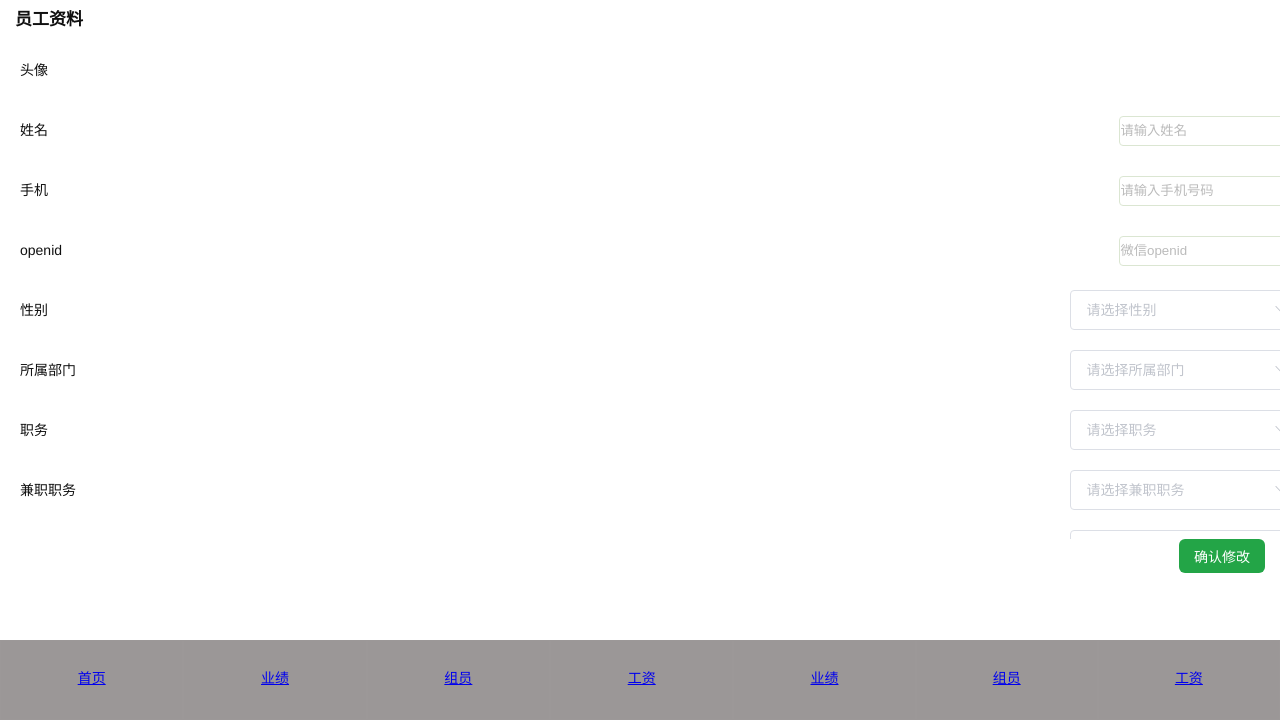
Repository: panlin520-team/lnmj-staffH5
Page: /#/homepage
The author's editor kept a copy of each file at every save. The page is drawn from the files as they stood at one save, then again after a run of saves.
The browser window is 1280 px wide. The pictures show the whole page.
An inner scrolling area shows only its first screen. The project was rebuilt for these pictures with package versions that can differ from the ones it lists, and the page was loaded fresh each time. Also part of the build but not shown: src/views/Lojin.vue.

Above is the page before, as saved 2020-04-08 15:52:47.

### src/main.js
import Vue from 'vue'
import App from './App.vue'
import router from './router'
import store from './store'
import ElementUI from 'element-ui'
import '@/assets/scss/reset.less'
import 'element-ui/lib/theme-chalk/index.css';
Vue.use(ElementUI)


Vue.config.productionTip = false

new Vue({
  router,
  store,
  render: h => h(App)
}).$mount('#app')

### src/App.vue
<template>
  <div id="app">
    <router-view />
  </div>
</template>
<script>
export default {
  data() {
    return {
    };
  },
  created() {},
  methods: {
  }
};
</script>
<style lang="less">
</style>

### src/router/index.js
import Vue from 'vue'
import VueRouter from 'vue-router'
import Lojin from '../views/Lojin.vue'

Vue.use(VueRouter)

const routes = [
  //首页登录
  {
    path: '/',
    name: 'Lojin',
    component: Lojin
  },
  //首页登录
  {
    path: '/Lojin',
    name: 'Lojin',
    component: Lojin
  },
  //用户注册
  {
    path: '/register',
    name: 'Register',
    component: () => import('../views/Register.vue')
  },
  //用户忘记密码
  {
    path: '/forgetpassword',
    name: 'Forgetpassword',
    component: () => import('../views/Forgetpassword.vue')
  },
  //登录首页
  {
    path: '/homepage',
    name: 'Homepage',
    component: () => import('../views/Homepage.vue')
  },
  //业绩
  {
    path: '/performance',
    name: 'Performance',
    component: () => import('../views/Performance.vue')
  },
  //组员
  {
    path: '/crew',
    name: 'Crew',
    component: () => import('../views/Crew.vue')
  },
  //工资
  {
    path: '/salary',
    name: 'Salary',
    component: () => import('../views/Salary.vue')
  },
]

const router = new VueRouter({
  routes
})

export default router

### src/assets/scss/reset.less
* {
  margin: 0;
  padding: 0;
}

div {
  box-sizing: border-box;
  -webkit-tap-highlight-color: rgba(0, 0, 0, 0);
  // -webkit-user-select: none;
}

img {
  border: 0;
}

ul,
ol {
  list-style: none;
}

textarea {
  // 禁止调节文本域尺寸
  resize: none;
  outline-style: none;
  -webkit-appearance: none;
}

input,
button {
  outline-style: none;
  box-sizing: border-box;
  border: none;
}

// 输入框提示文本颜色设置
input::-moz-focus-inner {
  border: 0;
}

input::-webkit-input-placeholder {
  /* WebKit browsers */
  color: #BBB;
}

input::-moz-placeholder {
  /* Mozilla Firefox 19+ */
  color: #BBB;
}

input:-ms-input-placeholder {
  /* Internet Explorer 10+ */
  color: #BBB;
}

html,
body {
  width: 100%;
  height: 100%;
}

body {
  background-color: #ffffff;
  font-family: "Helvetica Neue", Helvetica, "PingFang SC", "Hiragino Sans GB", "Microsoft YaHei", "微软雅黑", Arial, sans-serif;
  font-size: 14px;
  color: #101010;
}

#app {
  position: relative;
  width: 100%;
  height: 100%;
}

// 滚动条尺寸
div::-webkit-scrollbar {
  width: 10px;
  height: 10px;
}

// 滚动条内部方块
// div::-webkit-scrollbar-thumb {
//   border-radius: 10px;
//   box-shadow: inset 0 0 5px rgba(0, 0, 0, 0.2);
//   background: #52BD3A;
// }

// 滚动条轨道
// div::-webkit-scrollbar-track {
//   box-shadow: inset 0 0 5px rgba(0, 0, 0, 0.2);
//   border-radius: 10px;
//   background: rgba(0, 0, 0, 0.1);
// }

.topBand {
  width: 100%;
  height: 80px;
  background: #23A547;
  display: flex;
  position: fixed;
  top: 0;
  left: 0;
  z-index: 100;
}

.container {
  display: flex;
  background: #ffffff;
  padding-top: 80px;
  z-index: 99;
  height: 100%;

  .aside {
    width: 200px;
    min-width: 200px;
    overflow: hidden;
    white-space: nowrap;
    text-overflow: ellipsis;
    position: fixed;
    top: 80px;
    bottom: 0;
    left: 0;
  }

  .main {
    flex: 1;

    &.active {
      padding-left: 200px;
    }
  }
}

.footer {
  height: 80px;
  background: #23A547;
}

.scrollX {
  overflow-x: auto;
  overflow-y: hidden;
}

.scrollY {
  overflow-x: hidden;
  overflow-y: auto;
  width: 100%;
}

.popPage {
  position: fixed;
  top: 0;
  left: 0;
  width: 100%;
  height: 100%;
  padding: 20px;
  z-index: 100;
  background-color: #ffffff;
}

.nowrap {
  overflow: hidden;
  white-space: nowrap;
  text-overflow: ellipsis;
}

.btn-pointer {
  cursor: pointer;
}

### src/views/Homepage.vue
 <!--登录首页-->
<template>
  <div class="homepage">
    <!-- 中间 -->
    <div class="content">
      <div class="top" slot="top">
        <div class="title">员工资料</div>
      </div>
      <div class="main" slot="main">
        <div class="items scrollY">
          <!-- 头像上传 -->
          <div class="item">
            <label class="label-left" style="line-height: 50px;">头像</label>
            <div class="value"></div>
          </div>
          <div class="item">
            <label class="label-left">姓名</label>
            <div class="value">
              <input
                type="text"
                placeholder="请输入姓名"
                v-model="employeesDetails.name"
                class="input-value"
              />
            </div>
          </div>
          <div class="item">
            <label class="label-left">手机</label>
            <div class="value">
              <input
                type="text"
                placeholder="请输入手机号码"
                v-model="employeesDetails.mobile"
                class="input-value"
              />
            </div>
          </div>
          <div class="item">
            <label class="label-left">openid</label>
            <div class="value">
              <input
                type="text"
                placeholder="微信openid"
                v-model="employeesDetails.openid"
                class="input-value"
              />
            </div>
          </div>
          <div class="item">
            <label class="label-left">性别</label>
            <div class="value">
              <el-select v-model="employeesDetails.gender" placeholder="请选择性别">
                <el-option
                  v-for="item in genders"
                  :key="item.value"
                  :label="item.name"
                  :value="item.value"
                ></el-option>
              </el-select>
            </div>
          </div>
          <!-- <div class="item">
                <label class="label-left">所属分组</label>
                <div class="value">
                  <el-select v-model="employeesDetails.groupId" placeholder="请选择分组">
                    <el-option
                      v-for="item in groups"
                      :key="item.groupId"
                      :label="item.name"
                      :value="item.groupId"
                    ></el-option>
                  </el-select>
                </div>
          </div>-->
          <div class="item">
            <label class="label-left">所属部门</label>
            <div class="value">
              <el-select v-model="part_department" @change="changedepartment" placeholder="请选择所属部门">
                <el-option
                  v-for="item in part_partment"
                  :key="item.id"
                  :label="item.name"
                  :value="item.id"
                ></el-option>
              </el-select>
            </div>
          </div>
          <div class="item">
            <label class="label-left">职务</label>
            <div class="value">
              <el-select v-model="employeepostName" @change="changedeptails" placeholder="请选择职务">
                <el-option
                  v-for="item in postNames"
                  :key="item.postId"
                  :label="item.name"
                  :value="item.postId"
                ></el-option>
              </el-select>
            </div>
          </div>
          <div class="item">
            <label class="label-left">兼职职务</label>
            <div class="value">
              <el-select v-model="part_timeJobe" @change="changejobe" placeholder="请选择兼职职务">
                <el-option
                  v-for="item in part_timeNames"
                  :key="item.postId"
                  :label="item.name"
                  :value="item.postId"
                ></el-option>
              </el-select>
            </div>
          </div>

          <div class="item">
            <label class="label-left">是否兼职</label>
            <div class="value">
              <el-select v-model="part_trueJobe" @change="changetrueJobe" placeholder="请确认是否兼职">
                <el-option
                  v-for="item in part_trueNames"
                  :key="item.postId"
                  :label="item.name"
                  :value="item.postId"
                ></el-option>
              </el-select>
            </div>
          </div>
          <div class="item">
            <label class="label-left">计算底薪</label>
            <div class="value">
              <el-select v-model="isBasicSalarer" @change="changeSalary" placeholder="是否计算底薪">
                <el-option
                  v-for="item in isBasicSalary"
                  :key="item.value"
                  :label="item.label"
                  :value="item.value"
                ></el-option>
              </el-select>
            </div>
          </div>
          <!-- <div class="item">
            <label class="label-left">级别</label>
            <div class="value">
              <el-select v-model="employeesDetails.postLevel" placeholder="请选择级别">
                <el-option
                  v-for="item in levels"
                  :key="item.postLevelId"
                  :label="item.postLevelName"
                  :value="item.postLevelId"
                ></el-option>
              </el-select>
            </div>
          </div>-->
          <div class="item">
            <label class="label-left">入职时间</label>
            <div class="value">
              <el-date-picker
                v-model="employeesDetails.entryTime"
                :editable="false"
                :clearable="false"
                align="center"
                type="date"
                format="yyyy-MM-dd"
                value-format="yyyy-MM-dd"
                placeholder="选择入职时间"
                class="setEmpDatePicker"
              ></el-date-picker>
            </div>
          </div>
          <div class="item">
            <label class="label-left">目前状态</label>
            <div class="value">
              <el-select v-model="workingState" @change="changezhtai" placeholder="请选择员工目前状态">
                <el-option
                  v-for="item in workingStates"
                  :key="item.state"
                  :label="item.name"
                  :value="item.state"
                ></el-option>
              </el-select>
            </div>
          </div>
        </div>
      </div>
      <div class="bottom" slot="bottom">
        <div class="btn-save btn-pointer" @click="newEmployees">确认修改</div>
      </div>
    </div>
    <!-- 底部导航 -->
    <div class="switchoverBtn">
      <Btnnavigation></Btnnavigation>
    </div>
  </div>
</template>


<script>
//引入模块
import Btnnavigation from "@/components/Btnnavigation.vue";

export default {
  name: "homepage",
  components: { Btnnavigation },
  data() {
    return {
      //员工信息
      employeesDetails: {
        name: "",
        mobile: "",
        openid: "",
        gender: "",
        entryTime: ""
      },
      //部门
      part_department: "",
      part_partment: [],
      //职务
      employeepostName: "",
      postNames: [],
      //兼职职务
      part_timeJobe: "",
      part_timeNames: [],
      //是否兼职
      part_trueJobe: "",
      part_trueNames: [
        {
          postId: 1,
          name: "是"
        },
        {
          postId: 0,
          name: "否"
        }
      ],
      //是否计算底薪
      isBasicSalarer: "",
      isBasicSalary: [
        {
          value: 0,
          label: "否"
        },
        {
          value: 1,
          label: "是"
        }
      ],
      //目前状态
      workingState: "",
      workingStates: [
        {
          state: 1,
          name: "在职"
        },
        {
          state: 0,
          name: "离职"
        }
      ],
      //性别
      genders: [
        {
          value: 0,
          name: "女"
        },
        {
          value: 1,
          name: "男"
        }
      ]
    };
  },
  created() {},
  methods: {
    //返回登录页面
    returnLojin() {
      const _this = this;
      _this.$router.replace("/Lojin");
    },
    //修改
    newEmployees() {},
    //修改部门
    changedepartment() {},
    //修改职务
    changedeptails() {},
    //修改兼职职务
    changejobe() {},
    //是否兼职
    changetrueJobe() {},
    //是否计算底薪
    changeSalary() {},
    //目前状态
    changezhtai() {}
  }
};
</script>

<style lang="less" scoped>
.homepage {
  width: 100%;
  height: 100%;
  position: relative;
  .content {
    .top {
      padding: 5px 15px;
    }
    .title {
      font-size: 17px;
      font-weight: 700;
    }
    .main {
      max-height: 504px;
      overflow: auto;
      .items {
        width: 103%;
        padding: 0 20px;
        .item {
          display: flex;
          justify-content: space-between;
          padding-top: 10px;
          line-height: 50px;
          .input-value {
            border: 1px solid rgb(219, 230, 210);
            height: 30px;
            border-radius: 4px;
          }
        }
      }
    }

    .bottom {
      text-align: right;
      .btn-save {
        padding: 7px 15px;
        font-size: 14px;
        margin-right: 15px;
        border-radius: 6px;
        color: #ffffff;
        background-color: #23a547;
        text-align: center;
        display: inline-block;
      }
      .iconfont {
        font-size: 25px;
      }
      .btn-del {
        padding: 7px 15px;
        font-size: 14px;
        margin-right: 15px;
        border-radius: 6px;
        color: #ffffff;
        background: #e6a23c;
        text-align: center;
        display: inline-block;
      }
    }
  }
  .switchoverBtn {
    position: absolute;
    bottom: 0;
    width: 100%;
    height: 80px;
    z-index: 999;
  }
}
</style>

### src/components/Btnnavigation.vue
 <!--底部导航-->
<template>
  <div class="btnnavigation">
    <!-- <div class="somenavigation">
      <div class="navitnew">
      <router-link to="/homepage">首页</router-link>
      </div>
    </div>-->
    <router-link class="somenavigation" to="/homepage">
      <div class="navitnew">首页</div>
    </router-link>
    <router-link class="somenavigation" to="/Performance">
      <div class="navitnew">业绩</div>
    </router-link>
    <router-link class="somenavigation" to="/crew">
      <div class="navitnew">组员</div>
    </router-link>
    <router-link class="somenavigation" to="/salary">
      <div class="navitnew">工资</div>
    </router-link>

    <div class="somenavigation">
      <div class="navitnew">
        <router-link to="/Performance">业绩</router-link>
      </div>
    </div>
    <div class="somenavigation">
      <div class="navitnew">
        <router-link to="/crew">组员</router-link>
      </div>
    </div>
    <div class="somenavigation">
      <div class="navitnew">
        <router-link to="/salary">工资</router-link>
      </div>
    </div>
  </div>
</template>

<script>
export default {
  name: "btnnavigation",
  components: {},
  data() {
    return {};
  },
  created() {},
  methods: {}
};
</script>

<style lang="less" scoped>
.btnnavigation {
  width: 100%;
  height: 100%;
  display: flex;
  background-color: rgb(155, 151, 151);
  .somenavigation {
    width: 25%;
    border: 1px solid rgb(156, 152, 152);
    .navitnew {
      text-align: center;
      line-height: 75px;
    }
  }
}
</style>

Loaded but not shown: public/index.html (common file); src/store/index.js (common file)

After the next 2 saves:
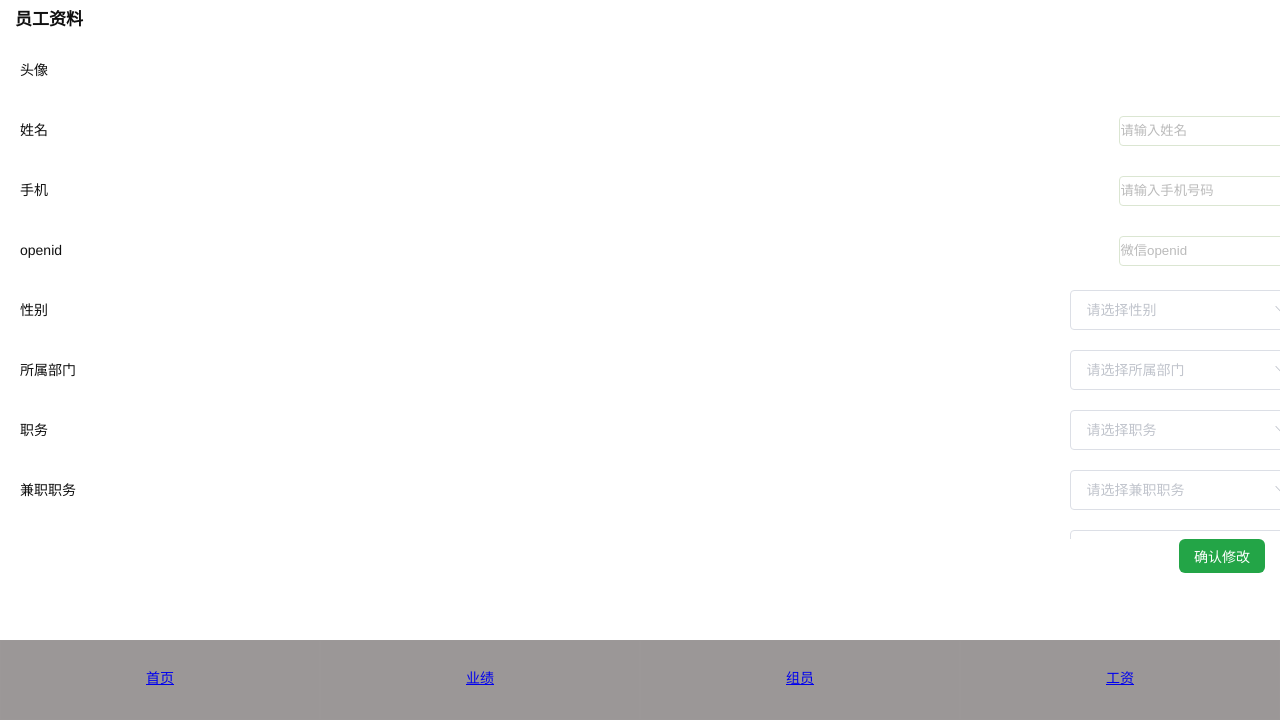
The 2 saves are shown as one change because they came seconds apart.
The last was saved 7 s later.
--- a/src/components/Btnnavigation.vue
+++ b/src/components/Btnnavigation.vue
@@ -18,22 +18,6 @@
     <router-link class="somenavigation" to="/salary">
       <div class="navitnew">工资</div>
     </router-link>
-
-    <div class="somenavigation">
-      <div class="navitnew">
-        <router-link to="/Performance">业绩</router-link>
-      </div>
-    </div>
-    <div class="somenavigation">
-      <div class="navitnew">
-        <router-link to="/crew">组员</router-link>
-      </div>
-    </div>
-    <div class="somenavigation">
-      <div class="navitnew">
-        <router-link to="/salary">工资</router-link>
-      </div>
-    </div>
   </div>
 </template>
 
